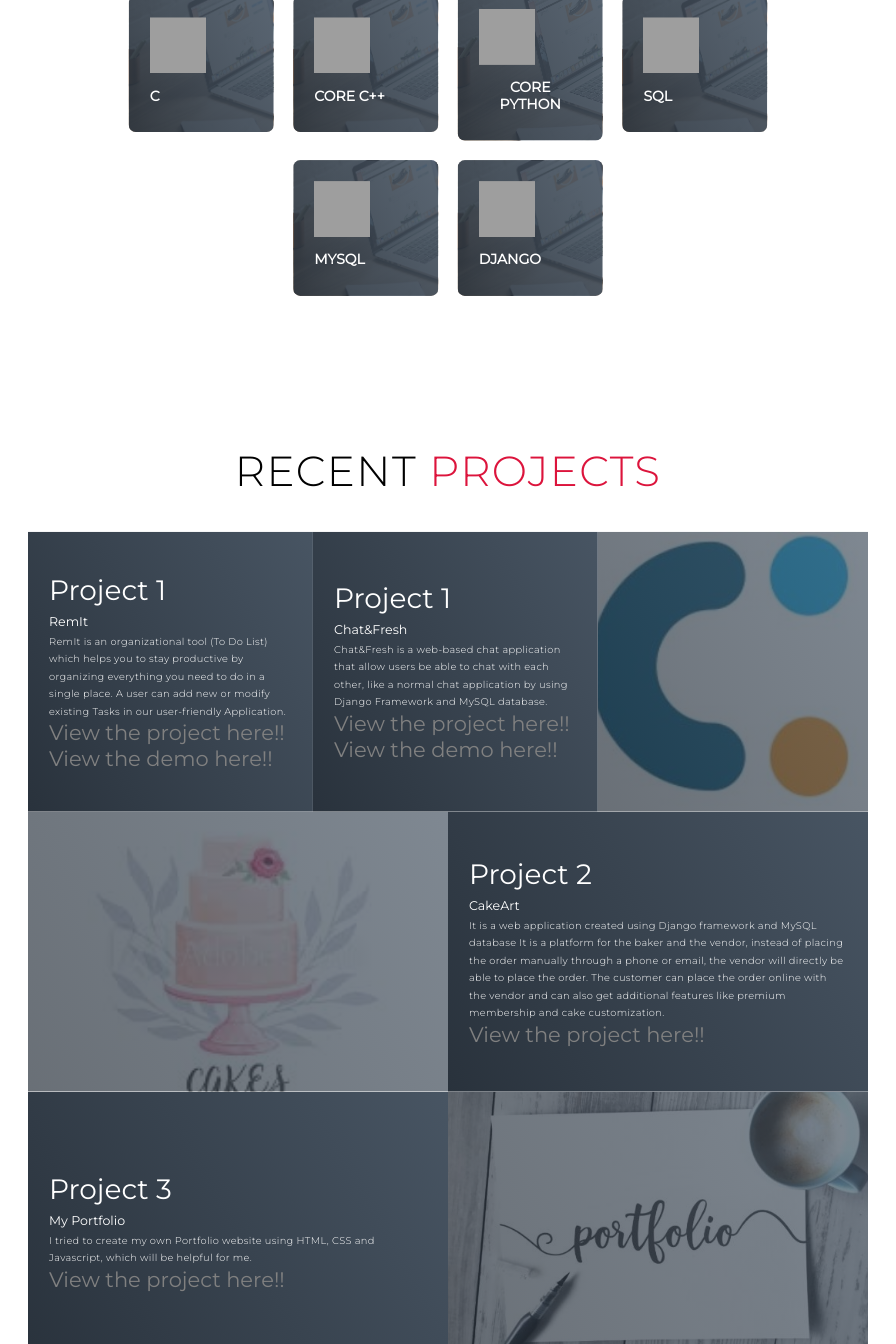
Repository: sanjana-poptani/sanjana-poptani.github.io
Page: index.html
An editor plug-in stored every save of this project. The page is shown before and after the next save, followed by the edit.
The browser window is 1280 px wide. The pictures show the part of the page from y = 984 to 2904 px (the page is 4684 px tall), at 70% of full size.
Pictures or frames that could not be fetched are drawn as grey boxes.

Above is the page before, as saved 2021-12-28 00:30:58.

### index.html
<!DOCTYPE html>
<html lang="en">
<head>
    <meta charset="UTF-8">
    <meta http-equiv="X-UA-Compatible" content="IE=edge">
    <meta name="viewport" content="width=device-width, initial-scale=1.0">
    <title>Sanjana Poptani</title>
    <link rel="stylesheet" href="style.css">
    <link rel="icon" href="images/newimg.jpg" type="image/x-icon">
</head>
<body>
    <!-- Header -->
  <section id="header">
    <div class="header container">
      <div class="nav-bar">
        <div class="brand">
          <a href="#hero">
            <h1><span>P</span>optani <span>S</span>anjana</h1>
          </a>
        </div>
        <div class="nav-list">
          <div class="hamburger">
            <div class="bar"></div>
          </div>
          <ul>
            <li><a href="#hero" data-after="Home">Home</a></li>
            <li><a href="#services" data-after="Service">Skills</a></li>
            <li><a href="#projects" data-after="Projects">Projects</a></li>
            <li><a href="#about" data-after="About">About</a></li>
            <li><a href="#contact" data-after="Contact">Contact</a></li>
          </ul>
        </div>
      </div>
    </div>
  </section>
  <!-- End Header -->

  <!-- Hero section  -->
    <section id="hero">
        <div class="hero container">
            <div>
                <h1>Hello,</h1>
                <h1>My Name is</h1>
                <h1>Sanjana</h1>
                <!-- <a href="#" type="button" class="cta">Portfolio</a> -->
            </div>
        </div>
    </section>
    <!-- end hero section  -->

 <!-- Service Section -->
 <section id="services">
    <div class="services container">
      <div class="service-top">
        <h1 class="section-title">My <span>Skills</span></h1>
      </div>
      <div class="service-bottom">
        <div class="service-item">
          <div class="icon"><img src="https://img.icons8.com/bubbles/100/000000/services.png" /></div>
          <h2>C</h2>
        </div>
        <div class="service-item">
          <div class="icon"><img src="https://img.icons8.com/bubbles/100/000000/services.png" /></div>
          <h2>Core C++</h2>
        </div>
        <div class="service-item">
          <div class="icon"><img src="https://img.icons8.com/bubbles/100/000000/services.png" /></div>
          <h2>Core Python</h2>
        </div>
        <div class="service-item">
          <div class="icon"><img src="https://img.icons8.com/bubbles/100/000000/services.png" /></div>
          <h2>SQL</h2>
        </div>
        <div class="service-item">
          <div class="icon"><img src="https://img.icons8.com/bubbles/100/000000/services.png" /></div>
          <h2>MySQL</h2>
        </div>
        <div class="service-item">
            <div class="icon"><img src="https://img.icons8.com/bubbles/100/000000/services.png" /></div>
            <h2>Django</h2>
          </div>
      </div>
    </div>
  </section>
  <!-- End Service Section -->

<!-- Projects Section -->
<section id="projects">
    <div class="projects container">
      <div class="projects-header">
        <h1 class="section-title">Recent <span>Projects</span></h1>
      </div>
      <div class="all-projects">
        <div class="project-item">
          <div class="project-info">
            <h1>Project 1</h1>
            <h2>RemIt</h2>
            <p>RemIt is an organizational tool (To Do List) which helps you to stay productive
              by organizing everything you need to do in a single place. A user can add new
              or modify existing Tasks in our user-friendly Application.</p>
                <a href="https://github.com/sanjana-poptani/Chat-and-Fresh" style="text-decoration: none;font-size: 30px;color: gray;" target="blank"> View the project here!!</a>
                <a href="https://youtu.be/TArH2xCxA6k" style="text-decoration: none;font-size: 30px;color: gray;" target="blank"> View the demo here!!</a>

          </div>
          <div class="project-info">
            <h1>Project 1</h1>
            <h2>Chat&Fresh</h2>
            <p>Chat&Fresh is a web-based chat application that allow users be
                able to chat with each other, like a normal chat application by using Django Framework and MySQL database.</p>
                <a href="https://github.com/sanjana-poptani/Chat-and-Fresh" style="text-decoration: none;font-size: 30px;color: gray;" target="blank"> View the project here!!</a>
                <a href="https://youtu.be/TArH2xCxA6k" style="text-decoration: none;font-size: 30px;color: gray;" target="blank"> View the demo here!!</a>

          </div>
          <div class="project-img">
            <img src="./images/logo2.jpG" alt="img">
          </div>
        </div>
        <div class="project-item">
          <div class="project-info">
            <h1>Project 2</h1>
            <h2>CakeArt</h2>
            <p>It is a web application created using Django framework and MySQL database
                It is a platform for the baker and the
                vendor, instead of placing the order manually through a phone or
                email, the vendor will directly be able to place the order. The
                customer can place the order online with the vendor and can also
                get additional features like premium membership and cake
                customization.</p>
                <a href="https://github.com/sanjana-poptani/cakeart" style="text-decoration: none;font-size: 30px;color: gray;" target="blank"> View the project here!!</a>
          </div>
          <div class="project-img">
            <img src="./images/cakeart3.jpg" alt="img">
          </div>
        </div>
        <div class="project-item">
          <div class="project-info">
            <h1>Project 3</h1>
            <h2>My Portfolio</h2>
            <p>I tried to create my own Portfolio website using HTML, CSS and Javascript, which will
                be helpful for me.
            </p>
            <a href="#" style="text-decoration: none;font-size: 30px;color: gray;" target="blank"> View the project here!!</a>
          </div>
          <div class="project-img">
            <img src="./images/portfolio.jpeg" alt="img">
          </div>
        </div>
    </div>
  </section>
  <!-- End Projects Section -->

  <!-- About Section -->
  <section id="about">
    <div class="about container">
      <div class="col-left">
        <div class="about-img">
          <img src="./images/pic.jpg" style="margin-left: -80px;border: 5px solid black;" alt="img">
        </div>
      </div>
      <div class="col-right">
        <h1 class="section-title">About <span>me</span></h1>
        <p>I am a student, currently pursuing Master of Science,
            in Information Technology MSc-IT at Dhirubhai Ambani Institute of
            Information and Communication Technology DAIICT, Gandhinagar.
            I am from Ahmedabad, Gujarat.
            I had majorly worked on Django-based web projects.
            I believe in - NEVER GIVE UP, BECAUSE GREAT THINGS TAKE TIME.
            I love to code, majorly on backend side of any application,
            and also like to spend my free time in Coding,
     Drawing,
     Doodling,
     Badminton,
     Chess and
    Writing Poems. </p>
        <a href="https://drive.google.com/file/d/17cjaamLYTJtOhoxON5ZoesZKUgztfBiJ/view?usp=sharing" target="blank" class="cta">Download Resume</a>
      </div>
    </div>
  </section>
  <!-- End About Section -->

  <!-- Contact Section -->
  <section id="contact">
    <div class="contact container">
      <div>
        <h1 class="section-title">Contact <span>info</span></h1>
      </div>
      <div class="contact-items">
        <div class="contact-item">
          <div class="icon"><img src="https://img.icons8.com/bubbles/100/000000/phone.png" /></div>
          <div class="contact-info">
            <h1>Phone</h1>
            <h2>+91 991 369 0026</h2>
          </div>
        </div>
        <div class="contact-item">
          <div class="icon"><img src="https://img.icons8.com/bubbles/100/000000/new-post.png" /></div>
          <div class="contact-info">
            <h1>Email</h1>
            <h2>sanjanapoptani54@gmail.com</h2>
          </div>
        </div>

    </div>
  </section>
  <!-- End Contact Section -->

  <!-- Footer -->
  <section id="footer">
    <div class="footer container">
      <div class="brand">
        <h1><span>P</span>optani <span>S</span>anjana</h1>
      </div>
      <div class="social-icon">
        <div class="social-item">
          <a href="https://www.facebook.com/sanjana.poptani" target="blank"><img src="https://img.icons8.com/bubbles/100/000000/facebook-new.png" /></a>
        </div>
        <div class="social-item">
          <a href="https://www.instagram.com/s_art_and_poems1171/" target="blank"><img src="https://img.icons8.com/bubbles/100/000000/instagram-new.png" /></a>
        </div>
        <div class="social-item">
          <a href="https://www.linkedin.com/in/sanjana-poptani-082958177/" target="blank"><img src="https://img.icons8.com/bubbles/100/000000/linkedin.png" /></a>
        </div>
        <div class="social-item">
          <a href="https://github.com/sanjana-poptani" target="blank"><img src="https://img.icons8.com/bubbles/100/000000/github.png" /></a>
        </div>
      </div>

    </div>
  </section>
  <!-- End Footer -->
  <script src="./app.js"></script>
</body>
</html>

### style.css
@import 'https://fonts.googleapis.com/css?family=Montserrat:300, 400, 700&display=swap';
* {
	padding: 0;
	margin: 0;
	box-sizing: border-box;
}
html {
	font-size: 10px;
	font-family: 'Montserrat', sans-serif;
	scroll-behavior: smooth;
}
a {
	text-decoration: none;
}
.container {
	min-height: 100vh;
	width: 100%;
	display: flex;
	align-items: center;
	justify-content: center;
}
img {
	height: 100%;
	width: 100%;
	object-fit: cover;
}
p {
	color: black;
	font-size: 1.4rem;
	margin-top: 5px;
	line-height: 2.5rem;
	font-weight: 300;
	letter-spacing: 0.05rem;
}
.section-title {
	font-size: 4rem;
	font-weight: 300;
	color: black;
	margin-bottom: 10px;
	text-transform: uppercase;
	letter-spacing: 0.2rem;
	text-align: center;
}
.section-title span {
	color: crimson;
}

.cta {
	display: inline-block;
	padding: 10px 30px;
	color: white;
	background-color: transparent;
	border: 2px solid crimson;
	font-size: 2rem;
	text-transform: uppercase;
	letter-spacing: 0.1rem;
	margin-top: 30px;
	transition: 0.3s ease;
	transition-property: background-color, color;
}
.cta:hover {
	color: white;
	background-color: crimson;
}
.brand h1 {
	font-size: 3rem;
	text-transform: uppercase;
	color: white;
}
.brand h1 span {
	color: crimson;
}

/* Header section */
#header {
	position: fixed;
	z-index: 1000;
	left: 0;
	top: 0;
	width: 100vw;
	height: auto;
}
#header .header {
	min-height: 8vh;
	background-color: rgba(31, 30, 30, 0.24);
	transition: 0.3s ease background-color;
}
#header .nav-bar {
	display: flex;
	align-items: center;
	justify-content: space-between;
	width: 100%;
	height: 100%;
	max-width: 1300px;
	padding: 0 10px;
}
#header .nav-list ul {
	list-style: none;
	position: absolute;
	background-color: rgb(31, 30, 30);
	width: 100vw;
	height: 100vh;
	left: 100%;
	top: 0;
	display: flex;
	flex-direction: column;
	justify-content: center;
	align-items: center;
	z-index: 1;
	overflow-x: hidden;
	transition: 0.5s ease left;
}
#header .nav-list ul.active {
	left: 0%;
}
#header .nav-list ul a {
	font-size: 2.5rem;
	font-weight: 500;
	letter-spacing: 0.2rem;
	text-decoration: none;
	color: white;
	text-transform: uppercase;
	padding: 20px;
	display: block;
}
#header .nav-list ul a::after {
	content: attr(data-after);
	position: absolute;
	top: 50%;
	left: 50%;
	transform: translate(-50%, -50%) scale(0);
	color: rgba(240, 248, 255, 0.021);
	font-size: 13rem;
	letter-spacing: 50px;
	z-index: -1;
	transition: 0.3s ease letter-spacing;
}
#header .nav-list ul li:hover a::after {
	transform: translate(-50%, -50%) scale(1);
	letter-spacing: initial;
}
#header .nav-list ul li:hover a {
	color: crimson;
}
#header .hamburger {
	height: 60px;
	width: 60px;
	display: inline-block;
	border: 3px solid white;
	border-radius: 50%;
	position: relative;
	display: flex;
	align-items: center;
	justify-content: center;
	z-index: 100;
	cursor: pointer;
	transform: scale(0.8);
	margin-right: 20px;
}
#header .hamburger:after {
	position: absolute;
	content: '';
	height: 100%;
	width: 100%;
	border-radius: 50%;
	border: 3px solid white;
	animation: hamburger_puls 1s ease infinite;
}
#header .hamburger .bar {
	height: 2px;
	width: 30px;
	position: relative;
	background-color: white;
	z-index: -1;
}
#header .hamburger .bar::after,
#header .hamburger .bar::before {
	content: '';
	position: absolute;
	height: 100%;
	width: 100%;
	left: 0;
	background-color: white;
	transition: 0.3s ease;
	transition-property: top, bottom;
}
#header .hamburger .bar::after {
	top: 8px;
}
#header .hamburger .bar::before {
	bottom: 8px;
}
#header .hamburger.active .bar::before {
	bottom: 0;
}
#header .hamburger.active .bar::after {
	top: 0;
}
/* End Header section */

/* Hero Section */
#hero {
	background-image: url(./images/cover5.jpg);
	background-size: cover;
	background-position: top center;
	position: relative;
	z-index: 1;
}
#hero::after {
	content: '';
	position: absolute;
	left: 0;
	top: 0;
	height: 100%;
	width: 100%;
	background-color: black;
	opacity: 0.7;
	z-index: -1;
}
#hero .hero {
	max-width: 1200px;
	margin: 0 auto;
	padding: 0 50px;
	justify-content: flex-start;
}
#hero h1 {
	display: block;
	width: fit-content;
	font-size: 4rem;
	position: relative;
	color: transparent;
	animation: text_reveal 0.5s ease forwards;
	animation-delay: 1s;
}
#hero h1:nth-child(1) {
	animation-delay: 1s;
}
#hero h1:nth-child(2) {
	animation-delay: 2s;
}
#hero h1:nth-child(3) {
	animation: text_reveal_name 0.5s ease forwards;
	animation-delay: 3s;
}
#hero h1 span {
	position: absolute;
	top: 0;
	left: 0;
	height: 100%;
	width: 0;
	background-color: crimson;
	animation: text_reveal_box 1s ease;
	animation-delay: 0.5s;
}
#hero h1:nth-child(1) span {
	animation-delay: 0.5s;
}
#hero h1:nth-child(2) span {
	animation-delay: 1.5s;
}
#hero h1:nth-child(3) span {
	animation-delay: 2.5s;
}

/* End Hero Section */

/* Services Section */
#services .services {
	flex-direction: column;
	text-align: center;
	max-width: 1500px;
	margin: 0 auto;
	padding: 100px 0;
}
#services .service-top {
	max-width: 500px;
	margin: 0 auto;
}
#services .service-bottom {
	display: flex;
	align-items: center;
	justify-content: center;
	flex-wrap: wrap;
	margin-top: 50px;
}
#services .service-item {
	flex-basis: 80%;
	display: flex;
	align-items: flex-start;
	justify-content: center;
	flex-direction: column;
	padding: 30px;
	border-radius: 10px;
	background-image: url(./images/cover3.jpg);
	background-size: cover;
	margin: 10px 5%;
	position: relative;
	z-index: 1;
	overflow: hidden;
}
#services .service-item::after {
	content: '';
	position: absolute;
	left: 0;
	top: 0;
	height: 100%;
	width: 100%;
	background-image: linear-gradient(60deg, #29323c 0%, #485563 100%);
	opacity: 0.9;
	z-index: -1;
}
#services .service-bottom .icon {
	height: 80px;
	width: 80px;
	margin-bottom: 20px;
}
#services .service-item h2 {
	font-size: 2rem;
	color: white;
	margin-bottom: 10px;
	text-transform: uppercase;
}
#services .service-item p {
	color: white;
	text-align: left;
}
/* End Services Section */

/* Projects section */
#projects .projects {
	flex-direction: column;
	max-width: 1200px;
	margin: 0 auto;
	padding: 100px 0;
}
#projects .projects-header h1 {
	margin-bottom: 50px;
}
#projects .all-projects {
	display: flex;
	align-items: center;
	justify-content: center;
	flex-direction: column;
}
#projects .project-item {
	display: flex;
	align-items: center;
	justify-content: center;
	flex-direction: column;
	width: 80%;
	margin: 20px auto;
	overflow: hidden;
	border-radius: 10px;
}
#projects .project-info {
	padding: 30px;
	flex-basis: 50%;
	height: 100%;
	display: flex;
	align-items: flex-start;
	justify-content: center;
	flex-direction: column;
	background-image: linear-gradient(60deg, #29323c 0%, #485563 100%);
	color: white;
}
#projects .project-info h1 {
	font-size: 4rem;
	font-weight: 500;
}
#projects .project-info h2 {
	font-size: 1.8rem;
	font-weight: 500;
	margin-top: 10px;
}
#projects .project-info p {
	color: white;
}
#projects .project-img {
	flex-basis: 50%;
	height: 300px;
	overflow: hidden;
	position: relative;
}
#projects .project-img:after {
	content: '';
	position: absolute;
	left: 0;
	top: 0;
	height: 100%;
	width: 100%;
	background-image: linear-gradient(60deg, #29323c 0%, #485563 100%);
	opacity: 0.7;
}
#projects .project-img img {
	transition: 0.3s ease transform;
}
#projects .project-item:hover .project-img img {
	transform: scale(1.1);
}
/* End Projects section */

/* About Section */
#about .about {
	flex-direction: column-reverse;
	text-align: center;
	max-width: 1200px;
	margin: 0 auto;
	padding: 100px 20px;
}
#about .col-left {
	width: 250px;
	height: 360px;
}
#about .col-right {
	width: 100%;
}
#about .col-right h2 {
	font-size: 1.8rem;
	font-weight: 500;
	letter-spacing: 0.2rem;
	margin-bottom: 10px;
}
#about .col-right p {
	margin-bottom: 20px;
}
#about .col-right .cta {
	color: black;
	margin-bottom: 50px;
	padding: 10px 20px;
	font-size: 2rem;
}
#about .col-left .about-img {
	height: 100%;
	width: 100%;
	position: relative;
	border: 10px solid white;
}
#about .col-left .about-img::after {
	content: '';
	position: absolute;
	left: -33px;
	top: 19px;
	height: 98%;
	width: 98%;
	/* border: 7px solid black; */
	z-index: -1;
}
/* End About Section */

/* contact Section */
#contact .contact {
	flex-direction: column;
	max-width: 1200px;
	margin: 0 auto;
	width: 90%;
}
#contact .contact-items {
	/* max-width: 400px; */
	width: 100%;
}
#contact .contact-item {
	width: 80%;
	padding: 20px;
	text-align: center;
	border-radius: 10px;
	padding: 30px;
	margin: 30px;
	display: flex;
	justify-content: center;
	align-items: center;
	flex-direction: column;
	box-shadow: 0px 0px 18px 0 #0000002c;
	transition: 0.3s ease box-shadow;
}
#contact .contact-item:hover {
	box-shadow: 0px 0px 5px 0 #0000002c;
}
#contact .icon {
	width: 70px;
	margin: 0 auto;
	margin-bottom: 10px;
}
#contact .contact-info h1 {
	font-size: 2.5rem;
	font-weight: 500;
	margin-bottom: 5px;
}
#contact .contact-info h2 {
	font-size: 1.3rem;
	line-height: 2rem;
	font-weight: 500;
}
/*End contact Section */

/* Footer */
#footer {
	background-image: linear-gradient(60deg, #29323c 0%, #485563 100%);
}
#footer .footer {
	min-height: 200px;
	flex-direction: column;
	padding-top: 50px;
	padding-bottom: 10px;
}
#footer h2 {
	color: white;
	font-weight: 500;
	font-size: 1.8rem;
	letter-spacing: 0.1rem;
	margin-top: 10px;
	margin-bottom: 10px;
}
#footer .social-icon {
	display: flex;
	margin-bottom: 30px;
}
#footer .social-item {
	height: 50px;
	width: 50px;
	margin: 0 5px;
}
#footer .social-item img {
	filter: grayscale(1);
	transition: 0.3s ease filter;
}
#footer .social-item:hover img {
	filter: grayscale(0);
}
#footer p {
	color: white;
	font-size: 1.3rem;
}
/* End Footer */

/* Keyframes */
@keyframes hamburger_puls {
	0% {
		opacity: 1;
		transform: scale(1);
	}
	100% {
		opacity: 0;
		transform: scale(1.4);
	}
}
@keyframes text_reveal_box {
	50% {
		width: 100%;
		left: 0;
	}
	100% {
		width: 0;
		left: 100%;
	}
}
@keyframes text_reveal {
	100% {
		color: white;
	}
}
@keyframes text_reveal_name {
	100% {
		color: crimson;
		font-weight: 500;
	}
}
/* End Keyframes */

/* Media Query For Tablet */
@media only screen and (min-width: 768px) {
	.cta {
		font-size: 2.5rem;
		padding: 20px 60px;
	}
	h1.section-title {
		font-size: 6rem;
	}

	/* Hero */
	#hero h1 {
		font-size: 7rem;
	}
	/* End Hero */

	/* Services Section */
	#services .service-bottom .service-item {
		flex-basis: 45%;
		margin: 2.5%;
	}
	/* End Services Section */

	/* Project */
	#projects .project-item {
		flex-direction: row;
	}
	#projects .project-item:nth-child(even) {
		flex-direction: row-reverse;
	}
	#projects .project-item {
		height: 400px;
		margin: 0;
		width: 100%;
		border-radius: 0;
	}
	#projects .all-projects .project-info {
		height: 100%;
	}
	#projects .all-projects .project-img {
		height: 100%;
	}
	/* End Project */

	/* About */
	#about .about {
		flex-direction: row;
	}
	#about .col-left {
		width: 600px;
		height: 400px;
		padding-left: 60px;
	}
	#about .about .col-left .about-img::after {
		left: -45px;
		top: -14px;
		height: 100%;
		width: 99%;
		/* border: 10px solid black; */
	}
	#about .col-right {
		text-align: left;
		padding: 30px;
	}
	#about .col-right h1 {
		text-align: left;
	}
	/* End About */

	/* contact  */
	#contact .contact {
		flex-direction: column;
		padding: 100px 0;
		align-items: center;
		justify-content: center;
		min-width: 20vh;
	}
	#contact .contact-items {
		width: 100%;
		display: flex;
		flex-direction: row;
		justify-content: space-evenly;
		margin: 0;
	}
	#contact .contact-item {
		width: 30%;
		margin: 0;
		flex-direction: row;
	}
	#contact .contact-item .icon {
		height: 100px;
		width: 100px;
	}
	#contact .contact-item .icon img {
		object-fit: contain;
	}
	#contact .contact-item .contact-info {
		width: 100%;
		text-align: left;
		padding-left: 20px;
	}
	/* End contact  */
}
/* End Media Query For Tablet */

/* Media Query For Desktop */
@media only screen and (min-width: 1200px) {
	/* header */
	#header .hamburger {
		display: none;
	}
	#header .nav-list ul {
		position: initial;
		display: block;
		height: auto;
		width: fit-content;
		background-color: transparent;
	}
	#header .nav-list ul li {
		display: inline-block;
	}
	#header .nav-list ul li a {
		font-size: 1.8rem;
	}
	#header .nav-list ul a:after {
		display: none;
	}
	/* End header */

	#services .service-bottom .service-item {
		flex-basis: 22%;
		margin: 1.5%;
	}
}
/* End  Media Query For Desktop */

### app.js
const hamburger = document.querySelector('.header .nav-bar .nav-list .hamburger');
const mobile_menu = document.querySelector('.header .nav-bar .nav-list ul');
const menu_item = document.querySelectorAll('.header .nav-bar .nav-list ul li a');
const header = document.querySelector('.header.container');

hamburger.addEventListener('click', () => {
	hamburger.classList.toggle('active');
	mobile_menu.classList.toggle('active');
});

document.addEventListener('scroll', () => {
	var scroll_position = window.scrollY;
	if (scroll_position > 250) {
		header.style.backgroundColor = '#29323c';
	} else {
		header.style.backgroundColor = 'transparent';
	}
});

menu_item.forEach((item) => {
	item.addEventListener('click', () => {
		hamburger.classList.toggle('active');
		mobile_menu.classList.toggle('active');
	});
});

After the next save:
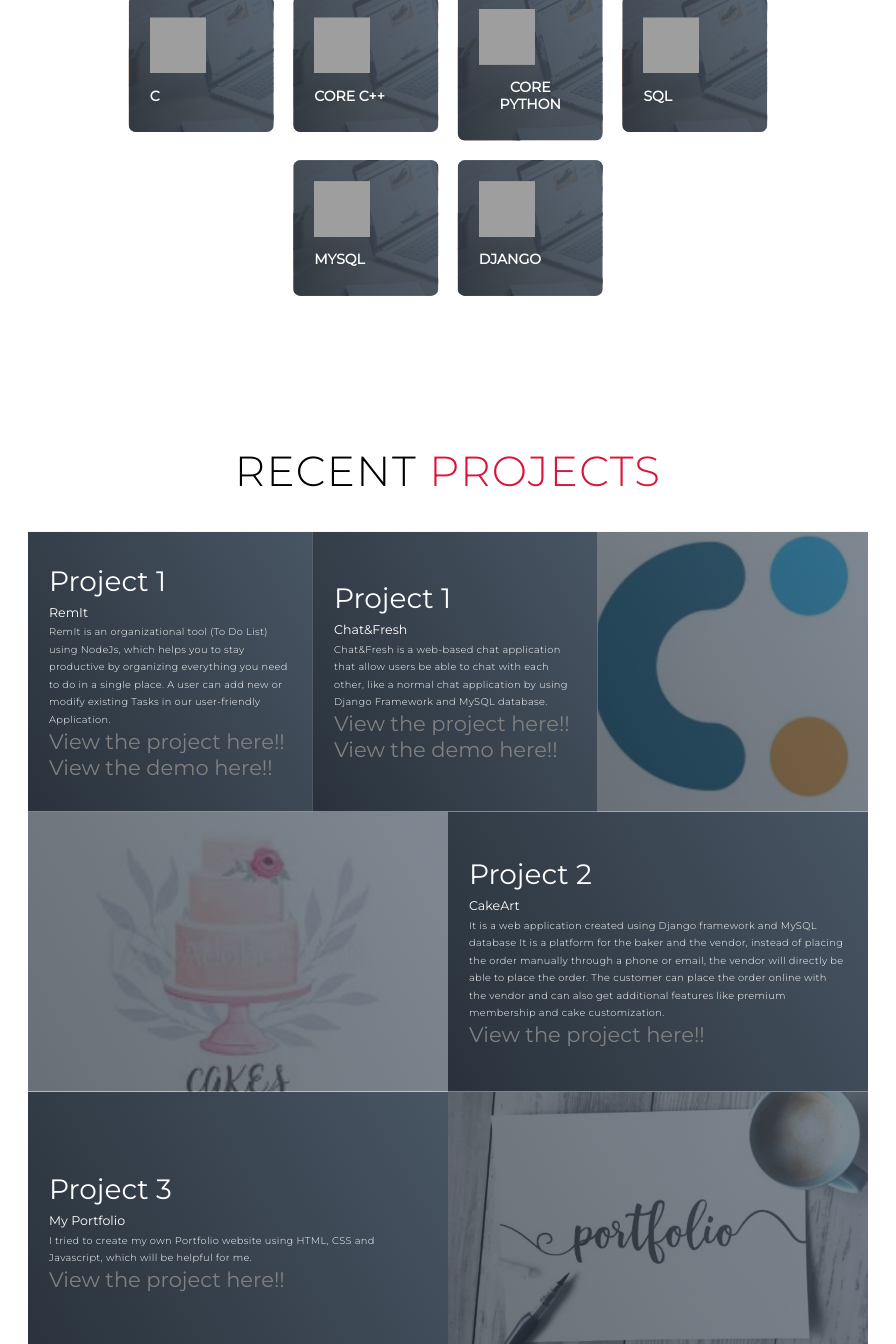
Saved 114 s later.
--- a/index.html
+++ b/index.html
@@ -95,7 +95,7 @@
           <div class="project-info">
             <h1>Project 1</h1>
             <h2>RemIt</h2>
-            <p>RemIt is an organizational tool (To Do List) which helps you to stay productive
+            <p>RemIt is an organizational tool (To Do List) using NodeJs,  which helps you to stay productive
               by organizing everything you need to do in a single place. A user can add new
               or modify existing Tasks in our user-friendly Application.</p>
                 <a href="https://github.com/sanjana-poptani/Chat-and-Fresh" style="text-decoration: none;font-size: 30px;color: gray;" target="blank"> View the project here!!</a>
